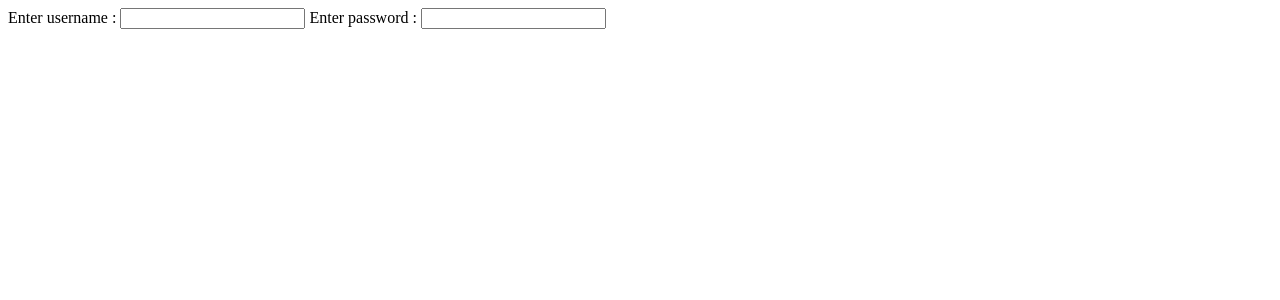
Repository: Shubham011190/Spring_Practice
Page: http://localhost/LoginExample/login.jsp
These files come from the project's save history. The page is drawn as it stood at one moment and after the next save; the edit follows.
The browser window is 1280 px wide. The pictures show the whole page.
The page is served by Tomcat 9.

Above is the page before, as saved 2021-10-15 12:44:36.

### JSP_Servelets/LoginExample/src/main/webapp/login.jsp
<%@ page language="java" contentType="text/html; charset=ISO-8859-1"
    pageEncoding="ISO-8859-1"%>
<!DOCTYPE html>
<html>
<head>
<meta charset="ISO-8859-1">
<title>Insert title here</title>
</head>
<body>
	<form action="Login">
		Enter username : <input type='text' name='uname'>
		Enter password : <input type='text' name='pass'>
	</form>
</body>
</html>

After the next save:
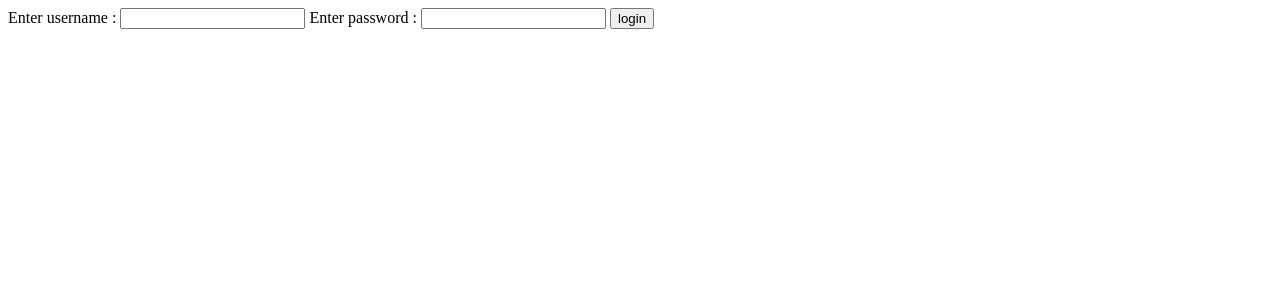
Saved 20 s later.
--- a/JSP_Servelets/LoginExample/src/main/webapp/login.jsp
+++ b/JSP_Servelets/LoginExample/src/main/webapp/login.jsp
@@ -10,6 +10,7 @@
 	<form action="Login">
 		Enter username : <input type='text' name='uname'>
 		Enter password : <input type='text' name='pass'>
+		<input type='Submit' value='login'>
 	</form>
 </body>
 </html>
